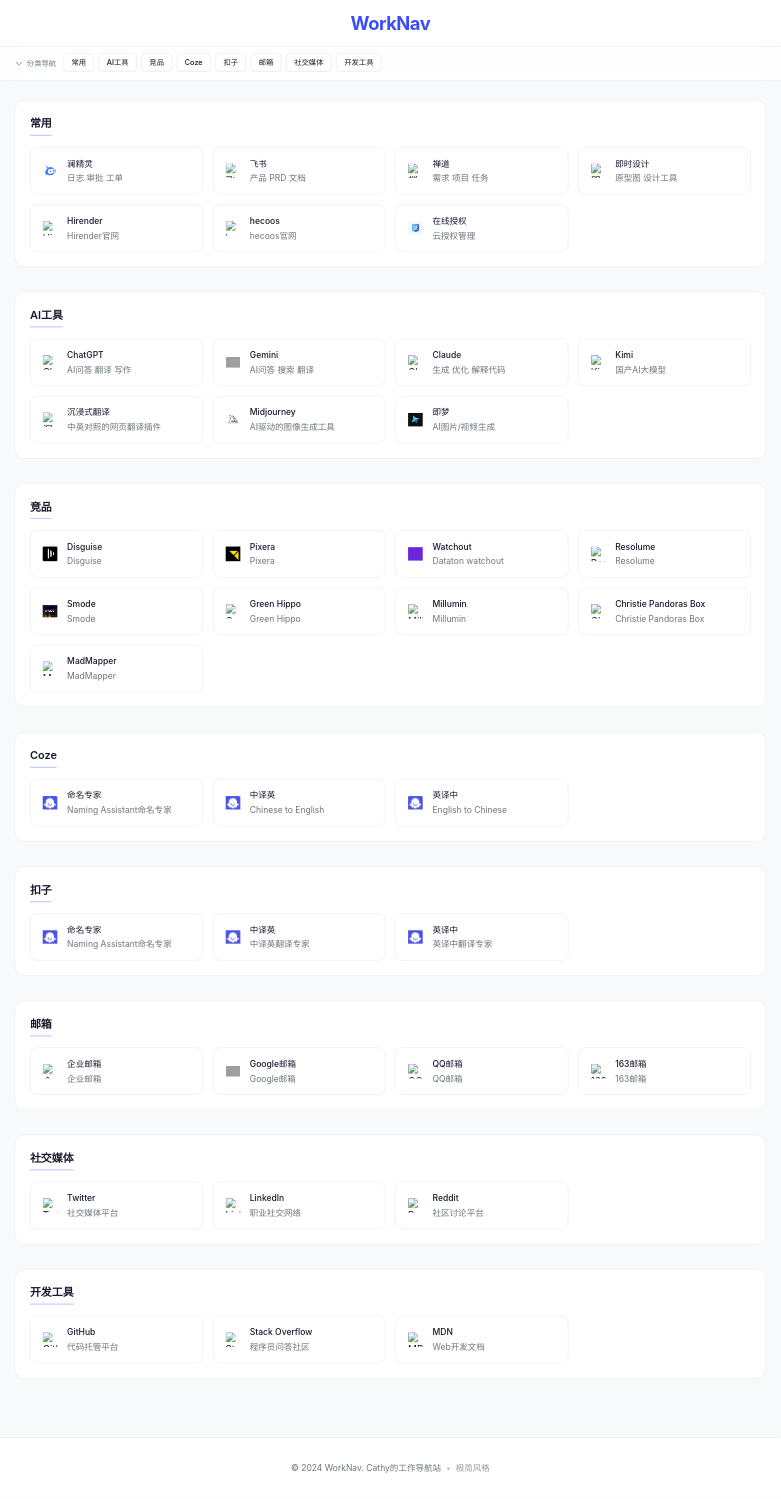
Repository: SweetPomelo0/WorkNav
Page: /
The author's editor kept a copy of each file at every save. The page is drawn from the files as they stood at one save, then again after the next save.
The browser window is 1280 px wide. The pictures show the whole page, at 61% of full size.
Pictures or frames that could not be fetched are drawn as grey boxes. The project was rebuilt for these pictures with package versions that can differ from the ones it lists, and the page was loaded fresh each time. The framework's server and built-in components were replaced by stand-ins that run in the browser. Also part of the build but not shown: next.config.ts.

Above is the page before, as saved 2025-07-26 21:37:34.

### src/app/layout.tsx
import type { Metadata } from "next";
import { Geist, Geist_Mono } from "next/font/google";
import "./globals.css";

const geistSans = Geist({
  variable: "--font-geist-sans",
  subsets: ["latin"],
});

const geistMono = Geist_Mono({
  variable: "--font-geist-mono",
  subsets: ["latin"],
});

export const metadata: Metadata = {
  title: "WorkNav - 工作网址导航",
  description: "一个简洁的工作网址导航页面",
};

export default function RootLayout({
  children,
}: Readonly<{
  children: React.ReactNode;
}>) {
  return (
    <html lang="en">
      <body
        className={`${geistSans.variable} ${geistMono.variable} antialiased`}
      >
        {children}
      </body>
    </html>
  );
}

### src/app/page.tsx
export default function Home() {
  // 定义导航分类和链接
  const categories = [
    {
      title: "常用",
      links: [
        { name: "澜精灵", url: "https://www.lanerp.com/Admin/index/index.html", desc: "日志 审批 工单", icon: "/img/lanjingling.png" },
        { name: "飞书", url: "https://enlightv.feishu.cn/wiki/D6Z1wOai9iVI4bkVlumcJprDn2e?fromScene=spaceOverview", desc: "产品 PRD 文档", icon: "https://feishu.cn/favicon.ico" },
        { name: "禅道", url: "https://enlightv.zentaopm.com/my/", desc: "需求 项目 任务", icon: "https://enlightv.zentaopm.com/favicon.ico" },
        { name: "即时设计", url: "https://js.design/recent", desc: "原型图 设计工具", icon: "https://img.js.design/assets/webImg/favicon.ico" },
        { name: "Hirender", url: "https://www.hirender.com/#/home", desc: "Hirender官网", icon: "https://www.hirender.com/favicon.ico" },
        { name: "hecoos", url: "https://www.hecoos.com/web/#/home", desc: "hecoos官网", icon: "https://www.hecoos.com/favicon.ico" },
        { name: "在线授权", url: "https://license.enlightv.com/web/", desc: "云授权管理", icon: "data:[embedded picture, 6295 characters]" },
      ]
    },
    {
      title: "AI工具",
      links: [
        { name: "ChatGPT", url: "https://chatgpt.com/", desc: "AI问答 翻译 写作", icon: "https://cdn.oaistatic.com/assets/favicon-180x180-od45eci6.webp" },
        { name: "Gemini", url: "https://gemini.google.com/app", desc: "AI问答 搜索 翻译", icon: "https://www.gstatic.com/lamda/images/gemini_sparkle_4g_512_lt_f94943af3be039176192d.png" },
        { name: "Claude", url: "https://claude.ai/", desc: "生成 优化 解释代码", icon: "https://claude.ai/favicon.ico" },
        { name: "Kimi", url: "https://www.kimi.com/", desc: "国产AI大模型", icon: "https://www.kimi.com/favicon.ico" },
        { name: "沉浸式翻译", url: "https://immersivetranslate.com/zh-Hans/?utm_source=ai-bot.cn", desc: "中英对照的网页翻译插件", icon: "https://immersivetranslate.com/favicon.ico" },
        { name: "Midjourney", url: "https://www.midjourney.com/explore?tab=video_top", desc: "AI驱动的图像生成工具", icon: "/img/mj.png" },
        { name: "即梦", url: "https://jimeng.jianying.com/ai-tool/home", desc: "AI图片/视频生成", icon: "/img/jimeng.png" }

      ]
    },
    {
      title: "竞品",
      links: [
        { name: "Disguise", url: "https://www.disguise.one/en", desc: "Disguise", icon: "/img/disguise.png" },
        { name: "Pixera", url: "https://pixera.one/zh/software/overview/", desc: "Pixera", icon: "/img/pixera.png" },
        { name: "Watchout", url: "https://www.dataton.com/", desc: "Dataton watchout", icon: "/img/watchout.png" },
        { name: "Resolume", url: "https://resolume.com/", desc: "Resolume", icon: "https://resolume.com/images/favicons/apple-touch-icon.png" },
        { name: "Smode", url: "https://www.smode.io/en/", desc: "Smode", icon: "/img/smode.png" },
        { name: "Green Hippo", url: "https://www.green-hippo.com/", desc: "Green Hippo", icon: "https://www.green-hippo.com/wp-content/themes/greenhippo/assets/icons/favicon.ico" },
        { name: "Millumin", url: "https://millumin.com/v5/index.php", desc: "Millumin", icon: "https://www.millumin.com/favicon/apple-icon-180x180.png" },
        { name: "Christie Pandoras Box", url: "https://www.christiedigital.com/products/christie-pandoras-box/", desc: "Christie Pandoras Box", icon: "https://www.christiedigital.com/apple-touch-icon.png" },
        { name: "MadMapper", url: "https://madmapper.com/madmapper/software", desc: "MadMapper", icon: "https://madmapper.com/images/favicon/apple-touch-icon.png" }

      ]
    },
    {
      title: "Coze",
      links: [
        { name: "命名专家", url: "https://www.coze.com/store/agent/7530562770308956161?bot_id=true", desc: "Naming Assistant命名专家", icon: "/img/coze.png" },
        { name: "中译英", url: "https://www.coze.com/store/agent/7530572378075152440?bot_id=true", desc: "Chinese to English", icon: "/img/coze.png" },
        { name: "英译中", url: "https://www.coze.com/store/agent/7530572202144694273?bot_id=true", desc: "English to Chinese", icon: "/img/coze.png" }
      ]
    },
    {
      title: "扣子",
      links: [
        { name: "命名专家", url: "https://www.coze.cn/store/agent/7530571775823577130?bot_id=true", desc: "Naming Assistant命名专家", icon: "/img/coze.png" },
        { name: "中译英", url: "https://www.coze.cn/store/agent/7530581452909035572?bot_id=true", desc: "中译英翻译专家", icon: "/img/coze.png" },
        { name: "英译中", url: "https://www.coze.cn/store/agent/7530581958234193970?bot_id=true", desc: "英译中翻译专家", icon: "/img/coze.png" }
      ]
    },
    {
      title: "邮箱",
      links: [
        { name: "企业邮箱", url: "https://exmail.qq.com/cgi-bin/frame_html?sid=qPUC22bEtIEF7kUt,2&sign_type=&r=586a2a390ca023395a120877ca5870f0", desc: "企业邮箱", icon: "https://exmail.qq.com/favicon.ico" },
        { name: "Google邮箱", url: "https://mail.google.com/mail/u/0/#inbox", desc: "Google邮箱", icon: "https://ssl.gstatic.com/ui/v1/icons/mail/rfr/gmail.ico" },
        { name: "QQ邮箱", url: "https://mail.qq.com/", desc: "QQ邮箱", icon: "https://mail.qq.com/favicon.ico" },
        { name: "163邮箱", url: "https://mail.163.com/", desc: "163邮箱", icon: "https://mail.163.com/favicon.ico" }
      ]
    },
    {
      title: "社交媒体",
      links: [
        { name: "Twitter", url: "https://twitter.com", desc: "社交媒体平台", icon: "https://twitter.com/favicon.ico" },
        { name: "LinkedIn", url: "https://www.linkedin.com", desc: "职业社交网络", icon: "https://www.linkedin.com/favicon.ico" },
        { name: "Reddit", url: "https://www.reddit.com", desc: "社区讨论平台", icon: "https://www.reddit.com/favicon.ico" }
      ]
    },
    {
      title: "开发工具",
      links: [
        { name: "GitHub", url: "https://github.com", desc: "代码托管平台", icon: "https://github.com/favicon.ico" },
        { name: "Stack Overflow", url: "https://stackoverflow.com", desc: "程序员问答社区", icon: "https://stackoverflow.com/favicon.ico" },
        { name: "MDN", url: "https://developer.mozilla.org", desc: "Web开发文档", icon: "https://developer.mozilla.org/favicon.ico" },
      ]
    }

  ];

  return (
    <div className="min-h-screen" style={{ background: 'var(--background)', color: 'var(--text-primary)' }}>
      {/* Header */}
      <header style={{ background: 'var(--header-bg)', borderBottom: '1px solid var(--card-border)' }}>
        <div className="max-w-7xl mx-auto px-6 py-5">
          <div className="text-center">
            <h1 className="text-3xl font-bold tracking-tight bg-clip-text text-transparent bg-gradient-to-r from-blue-600 to-indigo-600 dark:from-blue-400 dark:to-indigo-400">WorkNav</h1>
          </div>
        </div>
      </header>

      {/* Category Navigation */}
      <div className="sticky top-0 z-10" style={{ background: 'rgba(var(--header-bg-rgb), 0.85)', borderBottom: '1px solid var(--card-border)', backdropFilter: 'blur(12px)' }}>
        <div className="max-w-7xl mx-auto px-6 py-2.5 overflow-x-auto">
          <div className="flex items-center">
            <div className="flex-shrink-0 mr-3">
              <div className="flex items-center">
                <svg xmlns="http://www.w3.org/2000/svg" className="h-3.5 w-3.5 mr-1.5" fill="none" viewBox="0 0 24 24" stroke="currentColor" style={{ color: 'var(--accent)' }}>
                  <path strokeLinecap="round" strokeLinejoin="round" strokeWidth={2} d="M19 9l-7 7-7-7" />
                </svg>
                <span className="text-xs font-medium" style={{ color: 'var(--text-secondary)' }}>分类导航</span>
              </div>
            </div>
            <div className="flex space-x-2 overflow-x-auto pb-1 scrollbar-thin flex-grow">
              {categories.map((category, index) => (
                <a
                  key={index}
                  href={`#category-${index}`}
                  className="text-xs font-medium whitespace-nowrap px-3 py-1.5 rounded-md transition-all duration-200 hover:scale-105 hover:shadow-md flex-shrink-0"
                  style={{
                    background: 'var(--card-bg)',
                    border: '1px solid var(--card-border)',
                    boxShadow: '0 1px 2px rgba(0,0,0,0.05)'
                  }}
                >
                  {category.title}
                </a>
              ))}
            </div>
          </div>
        </div>
      </div>

      {/* Main Content */}
       <main className="max-w-7xl mx-auto px-6 py-8">
         <div className="space-y-10">
           {categories.map((category, index) => (
             <div
               key={index}
               id={`category-${index}`}
               style={{
                 background: 'var(--card-bg)',
                 borderColor: 'var(--card-border)'
               }}
               className="rounded-2xl border p-6 transition-all duration-300 hover:shadow-lg"
             >
               <h2
                 className="text-lg font-semibold mb-6 relative inline-block"
                 style={{ color: 'var(--text-primary)' }}
               >
                 <span className="relative z-10">{category.title}</span>
                 <span
                  className="absolute bottom-0 left-0 w-full h-0.5 rounded-full opacity-30"
                  style={{ background: 'var(--accent)', transform: 'translateY(6px)' }}
                ></span>
               </h2>
               <div className="grid grid-cols-1 sm:grid-cols-2 lg:grid-cols-3 xl:grid-cols-4 gap-4">
                 {category.links.map((link, linkIndex) => (
                   <a
                     key={linkIndex}
                     href={link.url}
                     target="_blank"
                     rel="noopener noreferrer"
                     style={{
                       borderColor: 'var(--card-border)',
                       background: 'var(--card-bg)'
                     }}
                     className="block p-4 rounded-xl border hover:shadow-md transition-all duration-200 group relative"
                   >

                     <div className="flex items-center justify-between">
                       <div className="flex items-center flex-1">
                         <div className="w-8 h-8 mr-3 flex-shrink-0 flex items-center justify-center">
                           {link.icon ? (
                             <img
                               src={link.icon}
                               alt={`${link.name} icon`}
                               className="w-6 h-6 object-contain"
                             />
                           ) : (
                             <div
                               style={{ background: 'var(--card-hover)' }}
                               className="w-6 h-6 rounded-md flex items-center justify-center"
                             >
                               <span style={{ color: 'var(--text-secondary)' }} className="text-xs font-medium">
                                 {link.name.charAt(0).toUpperCase()}
                               </span>
                             </div>
                           )}
                         </div>
                         <div className="flex-1">
                           <h3
                             style={{ color: 'var(--text-primary)' }}
                             className="text-sm font-medium group-hover:text-blue-600 dark:group-hover:text-blue-400 transition-colors"
                           >
                             {link.name}
                           </h3>
                           <p
                             style={{ color: 'var(--text-secondary)' }}
                             className="text-sm mt-1"
                           >
                             {link.desc}
                           </p>
                         </div>
                       </div>

                     </div>
                   </a>
                 ))}
               </div>
             </div>
           ))}
         </div>
       </main>

      {/* Footer */}
      <footer style={{ borderTop: '1px solid var(--card-border)', background: 'var(--footer-bg)' }} className="mt-16">
        <div className="max-w-7xl mx-auto px-6 py-10">
          <div className="text-center">
            <p style={{ color: 'var(--text-secondary)' }} className="text-sm">
              © 2024 WorkNav. Cathy的工作导航站
              <span className="inline-block mx-2 opacity-50">•</span>
              <span className="opacity-70">极简风格</span>
            </p>
          </div>
        </div>
      </footer>
    </div>
  );
}

### src/app/globals.css
@import "tailwindcss";

:root {
  --background: #f8f9fa;
  --foreground: #1a1a2e;
  --card-bg: #ffffff;
  --card-border: #e9ecef;
  --card-hover: #f1f3f5;
  --accent: #4361ee;
  --accent-hover: #3a56d4;
  --text-primary: #1a1a2e;
  --text-secondary: #6c757d;
  --text-tertiary: #adb5bd;
  --header-bg: #ffffff;
  --header-bg-rgb: 255, 255, 255;
  --footer-bg: #ffffff;
}

@theme inline {
  --color-background: var(--background);
  --color-foreground: var(--foreground);
  --font-sans: var(--font-geist-sans);
  --font-mono: var(--font-geist-mono);
}

@media (prefers-color-scheme: dark) {
  :root {
    --background: #121212;
    --foreground: #f8f9fa;
    --card-bg: #1e1e1e;
    --card-border: #2d2d2d;
    --card-hover: #2a2a2a;
    --accent: #4361ee;
    --accent-hover: #5a72f0;
    --text-primary: #f8f9fa;
    --text-secondary: #adb5bd;
    --text-tertiary: #6c757d;
    --header-bg: #1a1a1a;
    --header-bg-rgb: 26, 26, 26;
    --footer-bg: #1a1a1a;
  }
}

body {
  background: var(--background);
  color: var(--foreground);
  font-family:
    "Inter",
    -apple-system,
    BlinkMacSystemFont,
    "Segoe UI",
    Roboto,
    Oxygen,
    Ubuntu,
    Cantarell,
    "Open Sans",
    "Helvetica Neue",
    sans-serif;
}

/* 平滑滚动和过渡效果 */
html {
  scroll-behavior: smooth;
}

* {
  transition:
    background-color 0.2s ease,
    border-color 0.2s ease,
    transform 0.2s ease;
}

/* 自定义滚动条 */
::-webkit-scrollbar {
  width: 8px;
  height: 8px;
}

::-webkit-scrollbar-track {
  background: transparent;
}

::-webkit-scrollbar-thumb {
  background: var(--text-tertiary);
  border-radius: 4px;
}

::-webkit-scrollbar-thumb:hover {
  background: var(--text-secondary);
}

After the next save:
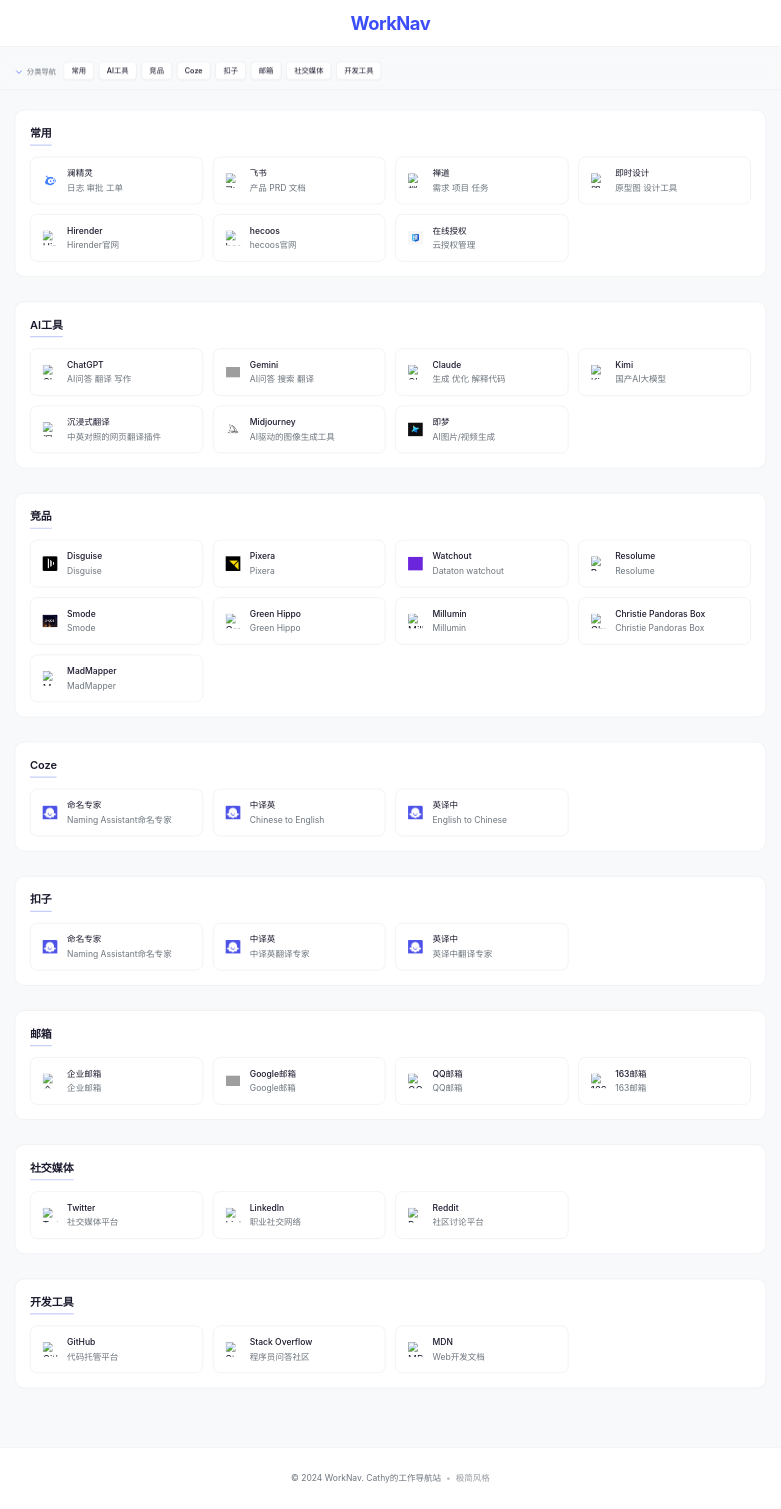
Saved 45 s later.
--- a/src/app/page.tsx
+++ b/src/app/page.tsx
@@ -97,8 +97,8 @@
       </header>
 
       {/* Category Navigation */}
-      <div className="sticky top-0 z-10" style={{ background: 'rgba(var(--header-bg-rgb), 0.85)', borderBottom: '1px solid var(--card-border)', backdropFilter: 'blur(12px)' }}>
-        <div className="max-w-7xl mx-auto px-6 py-2.5 overflow-x-auto">
+      <div className="sticky top-0 z-10 mt-3" style={{ background: 'rgba(var(--background-rgb), 0.9)', borderBottom: '1px solid var(--card-border)', backdropFilter: 'blur(10px)' }}>
+        <div className="max-w-7xl mx-auto px-6 py-3 overflow-x-auto">
           <div className="flex items-center">
             <div className="flex-shrink-0 mr-3">
               <div className="flex items-center">
